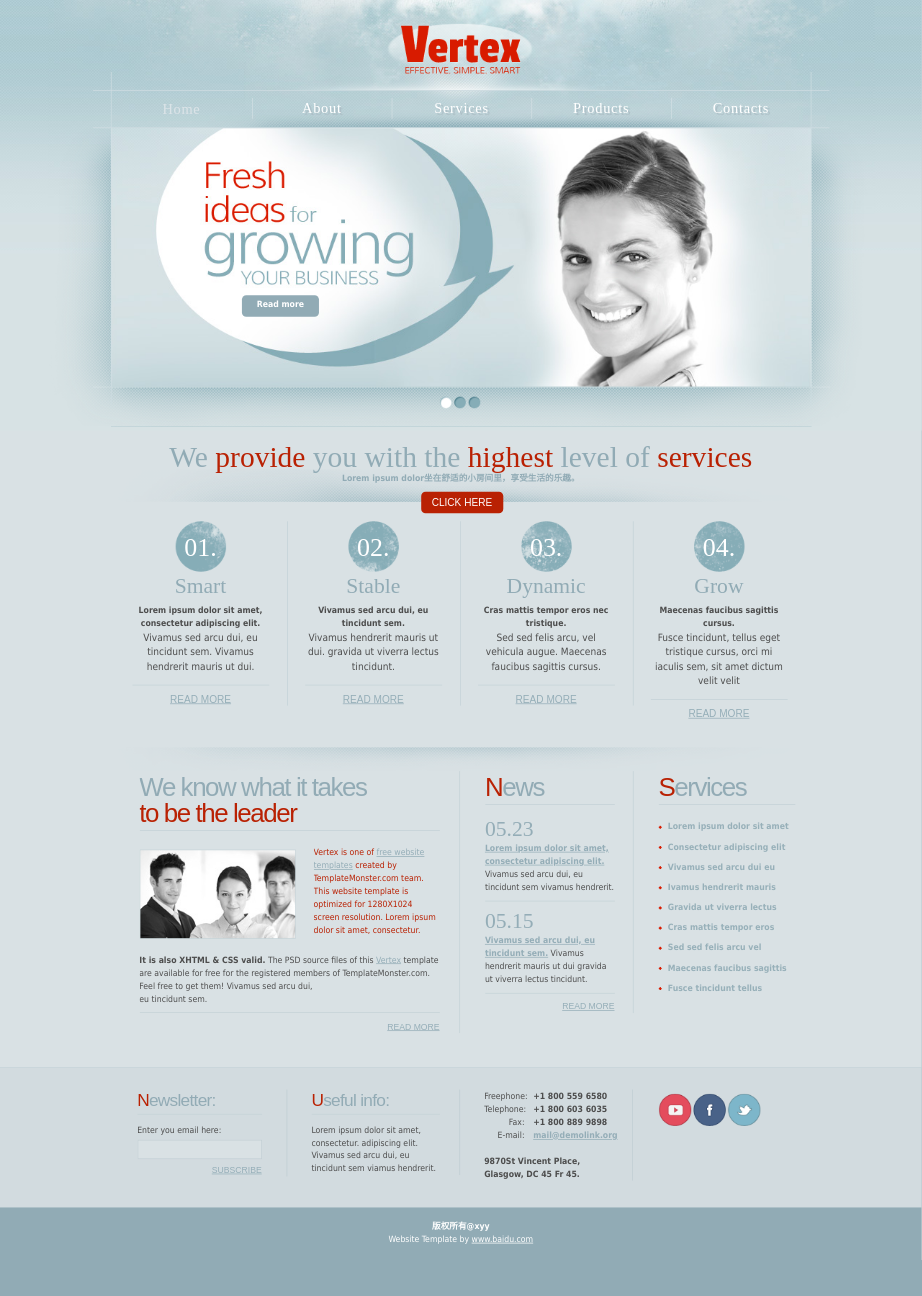
Repository: xyy555/train
Page: qiyezhan/index.html
An editor plug-in stored every save of this project. The page is shown before and after the next save, followed by the edit.
The browser window is 1280 px wide. The pictures show the whole page, at 72% of full size.
Some web fonts or font styles are not loaded; a fallback is used.

Above is the page before, as saved 2020-07-16 08:59:19.

After the next save:
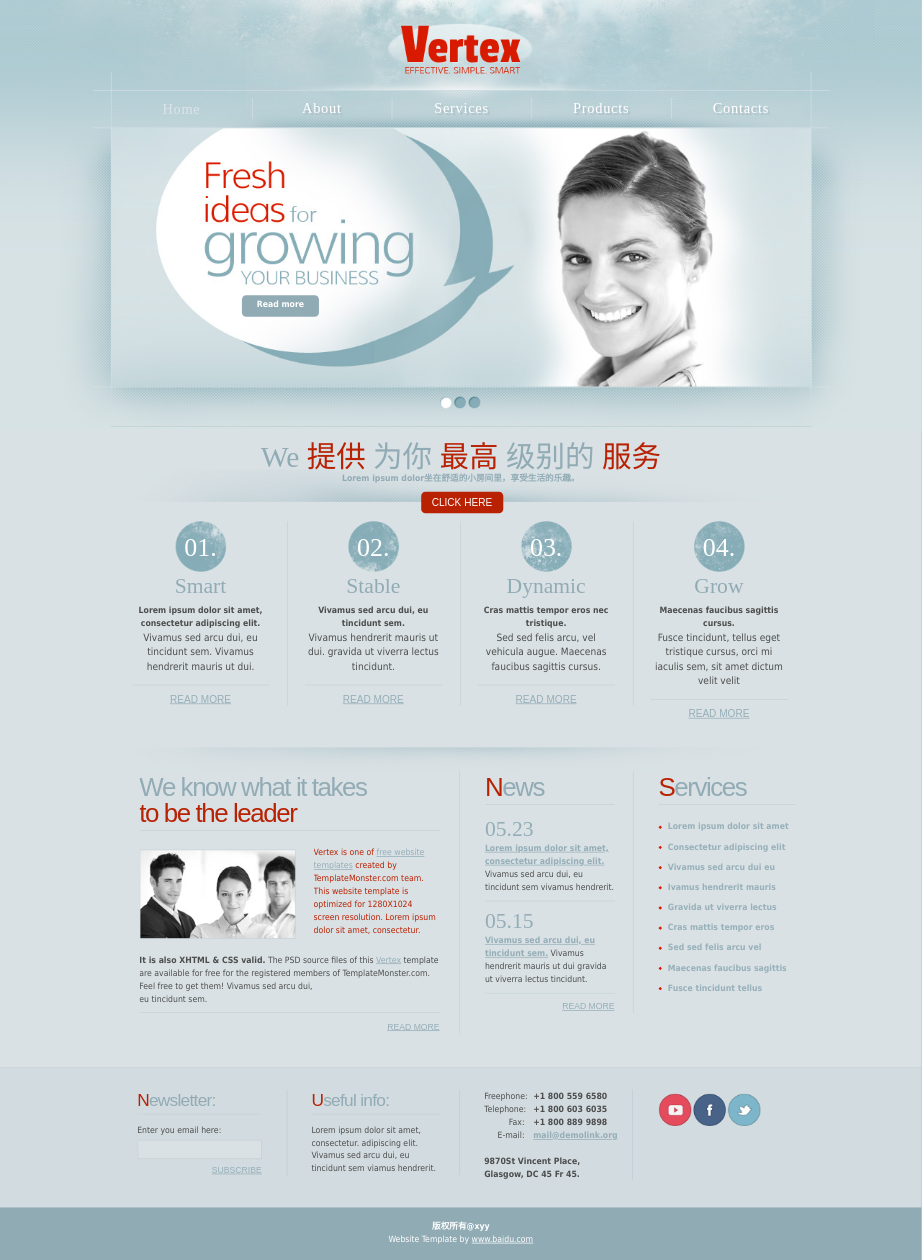
Saved 76 s later.
--- a/qiyezhan/index.html
+++ b/qiyezhan/index.html
@@ -65,7 +65,7 @@
   <!--==============================content================================-->
     <section id="content"><div class="ic">More Website Templates @ TemplateMonster.com. </div>
         <div class="slogan">
-        	<p>We <span class="clr-1">provide</span> you with the <span class="clr-1">highest</span>  level of <span class="clr-1">services</span></p>
+        	<p>We <span class="clr-1">提供</span> 为你 <span class="clr-1">最高</span>  级别的 <span class="clr-1">服务</span></p>
             <p>Lorem ipsum dolor坐在舒适的小房间里，享受生活的乐趣。</p>
             <a href="#" class="button-2">click here</a>
         </div>
